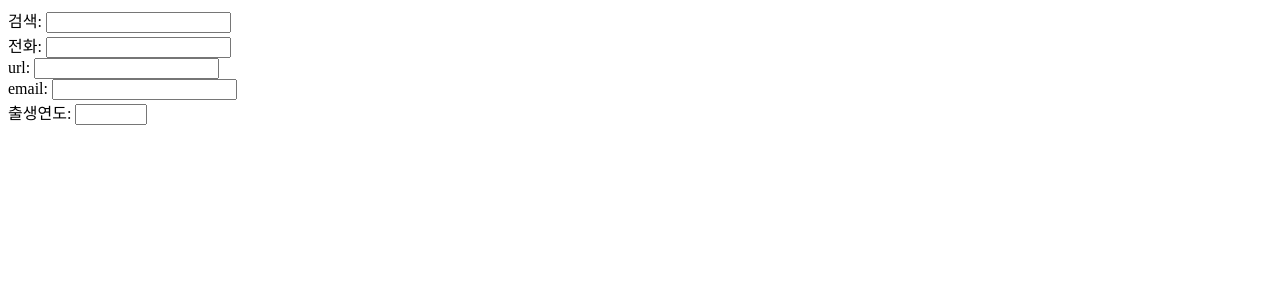
Repository: MegiLove/html_css
Page: day1130/src/main/webapp/enhancedTag.html
The author's editor kept a copy of each file at every save. The page is drawn from the files as they stood at one save, then again after the next save.
The browser window is 1280 px wide. The pictures show the whole page.

Above is the page before, as saved 2021-11-30 06:33:02.

### day1130/src/main/webapp/enhancedTag.html
<!DOCTYPE html>
<html>
<head>
<meta charset="EUC-KR">
<title>Insert title here</title>
</head>
<body>
	<form action="enhancedTag.jsp" method="post">
		검색: <input type="search" name="keyword"><br>
		전화: <input type="tel" name="tel"><br>
		url: <input type="url" name="url"><br>
		email: <input type="email" name="email"><br>
		출생연도: <input type="number" name="year" min="1900" max="2021"><br>
	</form>
</body>
</html>

After the next save:
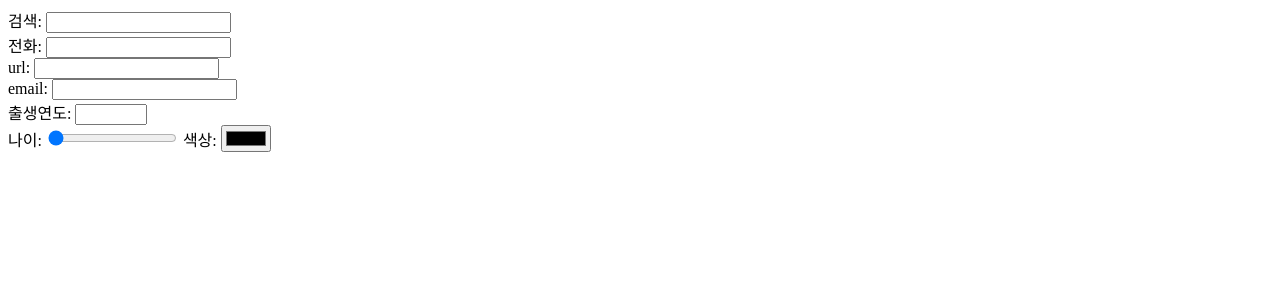
Saved 91 s later.
--- a/day1130/src/main/webapp/enhancedTag.html
+++ b/day1130/src/main/webapp/enhancedTag.html
@@ -11,6 +11,8 @@
 		url: <input type="url" name="url"><br>
 		email: <input type="email" name="email"><br>
 		출생연도: <input type="number" name="year" min="1900" max="2021"><br>
+		나이: <input type="range" name="age" min="20" max="100" value="20">
+		색상: <input type="color" name="color">
 	</form>
 </body>
 </html>
